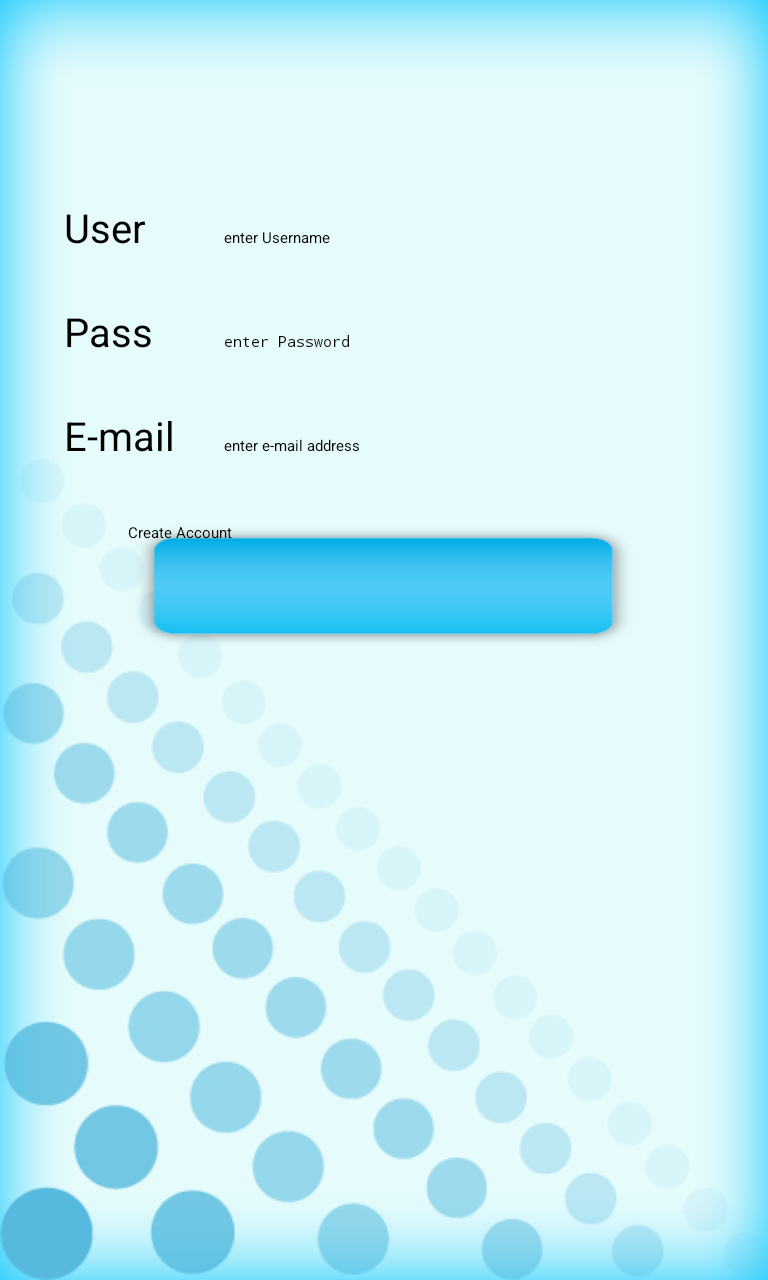
Repository: frebblegameteam/FrebbleApp
Layout: Frebble/res/layout/activity_sign_up.xml
An editor plug-in stored every save of this project. The layout is shown before and after the next save, followed by the edit.
It is drawn on a 768 x 1280 px phone screen (xhdpi) without system bars, with theme FrebbleABTheme; the app's code is not run.

Above is the layout before, as saved 2014-10-09 09:30:29.

After the next save:
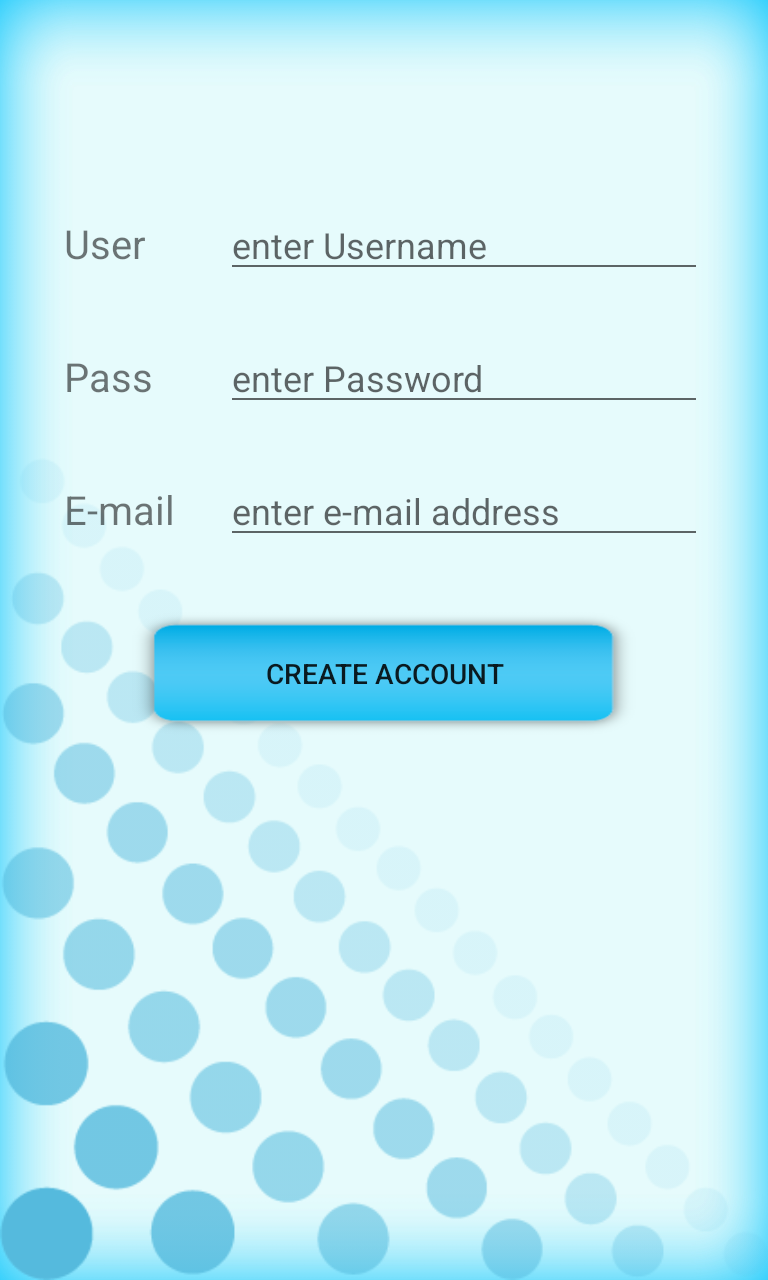
Saved 26 min 38 s later.
--- a/Frebble/res/values/styles.xml
+++ b/Frebble/res/values/styles.xml
@@ -18,7 +18,7 @@
     </style>
 
     <style name="FrebbleABTheme"
-        parent="Theme.Base.AppCompat.Light">
+        parent="Theme.AppCompat.Light">
         <item name="android:actionBarStyle">@style/frebbleABStyle </item>
     </style>
 
